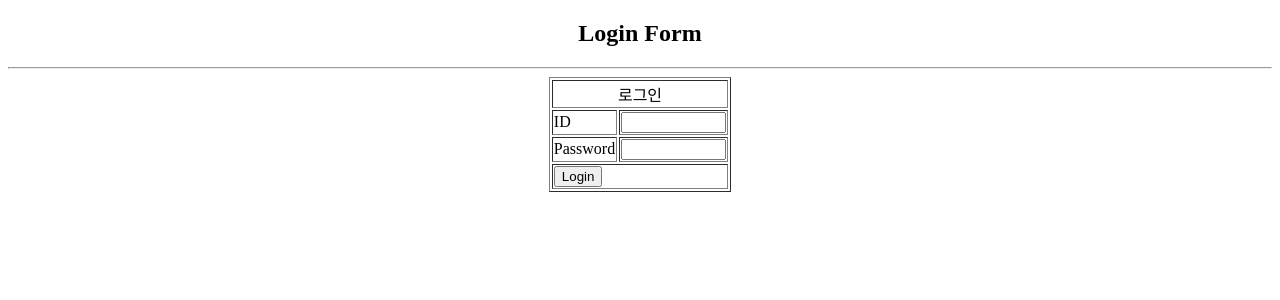
Repository: HyeonbinSa/JSPBook
Page: jspbook/WebContent/ch07/main.html
The author's editor kept a copy of each file at every save. The page is drawn from the files as they stood at one save, then again after the next save.
The browser window is 1280 px wide. The pictures show the whole page.

Above is the page before, as saved 2020-01-03 08:04:52.

### jspbook/WebContent/ch07/main.html
<!DOCTYPE html>
<html>
<head>
<meta charset="UTF-8">
<title>JSP Beans Example</title>
</head>
<style>
table {
align : center,
border-spacing : 5;
}
td{
padding : 5;
}
</style>
<body>
<div align="center">
<h2>Login Form</h2>
<hr>
<form method="post" action="login.jsp" name="form1">
<table border="1">
	<tr>
		<td colspan="2" align="center">로그인</td>
	</tr>
	<tr>
		<td>ID</td>
		<td><input type="text" name="userid" size=10></td>
	</tr>
	<tr>
		<td>Password</td>
		<td><input type="text" name="passwd" size=10></td>
	</tr>
	<tr>
	<td colspan=2><input type="submit" name="Submit" value="Login">
	</td>
	</tr>
</table>
</form>
</div>
</body>
</html>

After the next save:
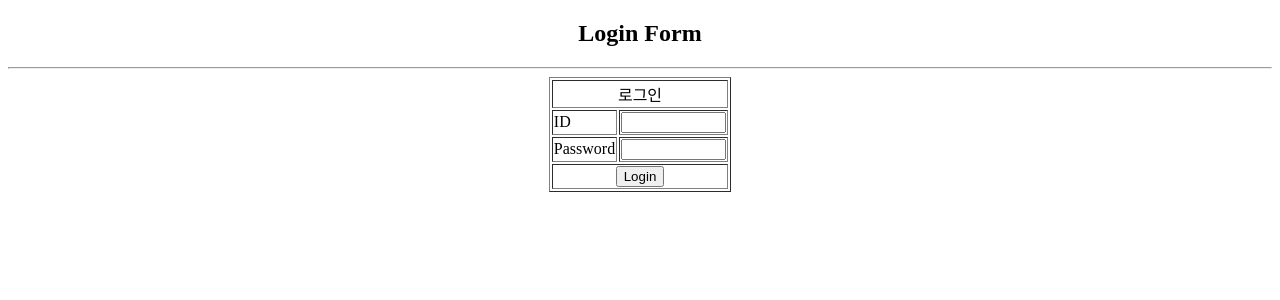
Saved 19 s later.
--- a/jspbook/WebContent/ch07/main.html
+++ b/jspbook/WebContent/ch07/main.html
@@ -31,7 +31,7 @@ padding : 5;
 		<td><input type="text" name="passwd" size=10></td>
 	</tr>
 	<tr>
-	<td colspan=2><input type="submit" name="Submit" value="Login">
+	<td colspan="2" align="center"><input type="submit" name="Submit" value="Login">
 	</td>
 	</tr>
 </table>
